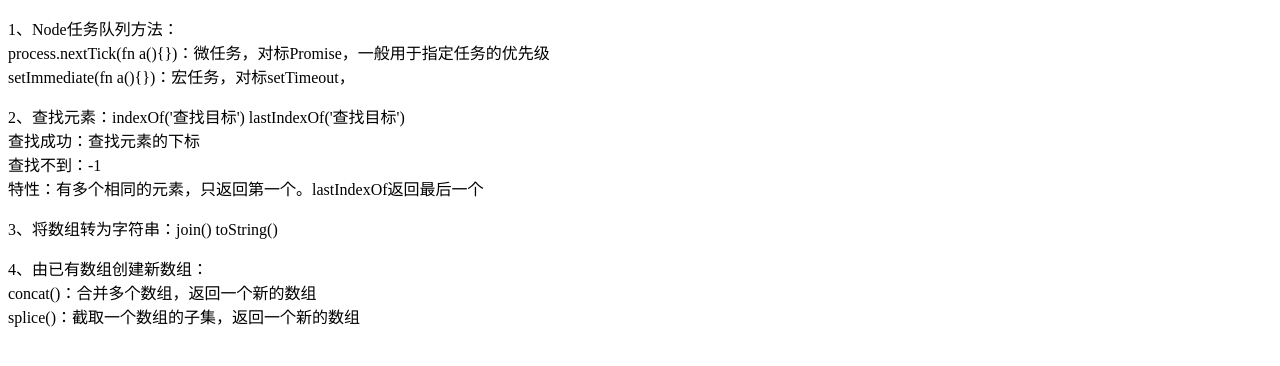
Repository: 15878162243/nodejsNote
Page: Nodejs模块.html
The author's editor kept a copy of each file at every save. The page is drawn from the files as they stood at one save, then again after a run of saves.
The browser window is 1280 px wide. The pictures show the whole page.

Above is the page before, as saved 2022-09-25 19:25:14.

### Nodejs模块.html
<!DOCTYPE html>
<html>
	<head>
		<meta charset="utf-8">
		<title></title>
	</head>
	<body>

		<p>1、Node任务队列方法：<br />
			process.nextTick(fn a(){})：微任务，对标Promise，一般用于指定任务的优先级<br />
			setImmediate(fn a(){})：宏任务，对标setTimeout，<br />
		</p>
		<script>
			var nums1 = []; // 1-100
			var nums2 = [];
			for(var i = 0; i < 100; i++){
				nums1[i] = i+1;
				nums2[i] = i+1;
			}

			// 将数组内的每个元素一个个赋值给另一个数组。
			function copy(arr1, arr2){
				for(var i = 0; i < arr1.length; i++){
					arr2[i] = arr1[i]
				}
			}

			var samenums1 = nums1; // 浅复制
			nums1[0] = 400
			console.log('word 1: '+samenums1[0]) // 400

			var samenums2 = []
			copy(nums2,samenums2)	 // 深复制
			nums2[0] = 400
			console.log('word 1: '+samenums2[0]) // 1
		</script>










		<p>2、查找元素：indexOf('查找目标') lastIndexOf('查找目标')<br />
			查找成功：查找元素的下标<br />
			查找不到：-1<br />
			特性：有多个相同的元素，只返回第一个。lastIndexOf返回最后一个
		</p>
		<script>
			var indexArr = ["daom","fhjak","vnska","daom"]
			console.log('word 2: '+indexArr.indexOf('vnska')) // 2
			console.log('word 2: '+indexArr.indexOf('dad'))   // -1
			console.log('word 2: '+indexArr.lastIndexOf('daom'))   // 3
		</script>

		<p>3、将数组转为字符串：join()  toString()</p>
		<script>
			var indexArr = ["daom","fhjak","vnska","daom"]
			console.log('word 3: '+indexArr.join())
			console.log('word 3: '+indexArr.toString())
			// daom,fhjak,vnska,daom
		</script>

		<p>4、由已有数组创建新数组：<br />
			concat()：合并多个数组，返回一个新的数组<br />
			splice()：截取一个数组的子集，返回一个新的数组<br />
		</p>



	</body>
</html>

After the next 2 saves:
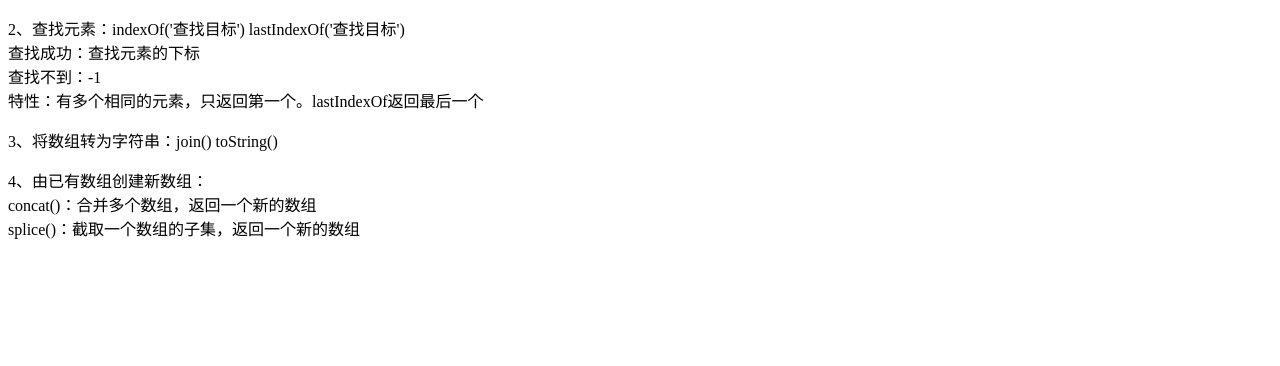
The 2 saves are shown as one change because they came seconds apart.
The last was saved 15 s later.
--- a/Nodejs模块.html
+++ b/Nodejs模块.html
@@ -6,10 +6,7 @@
 	</head>
 	<body>
 
-		<p>1、Node任务队列方法：<br />
-			process.nextTick(fn a(){})：微任务，对标Promise，一般用于指定任务的优先级<br />
-			setImmediate(fn a(){})：宏任务，对标setTimeout，<br />
-		</p>
+		<p></p>
 		<script>
 			var nums1 = []; // 1-100
 			var nums2 = [];
